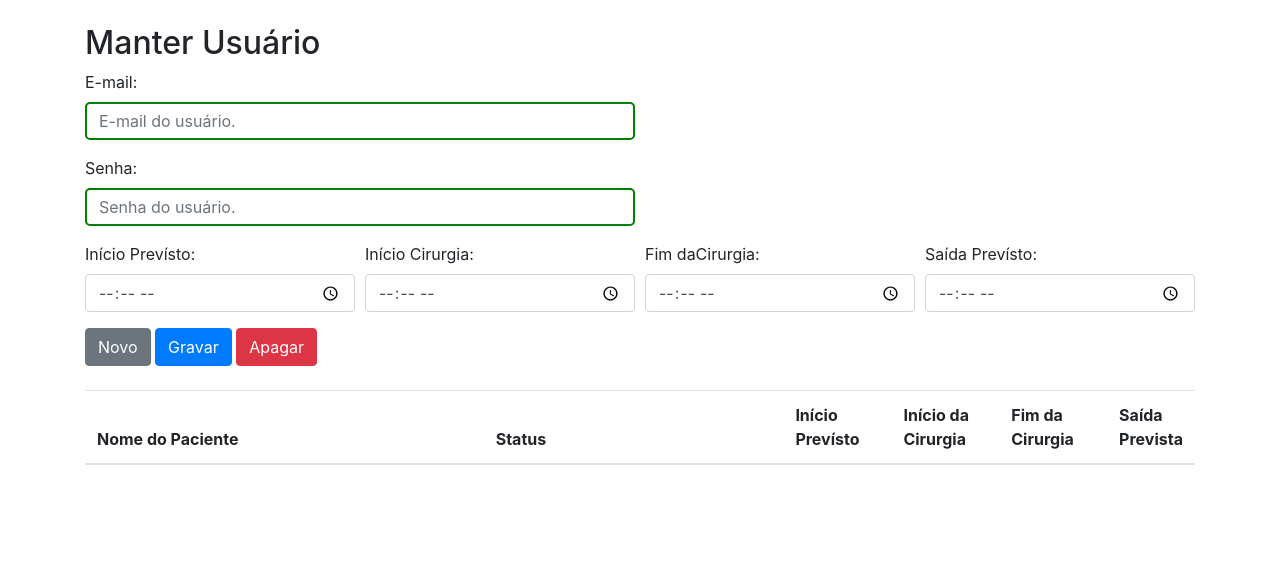
Repository: eduardo-r-jesus/Projeto_Centro_Cirurgico
Page: http://localhost/centro_cirurgico_web/formManterUsuario.jsp
These files come from the project's save history. The page is drawn as it stood at one moment and after the next save; the edit follows.
The browser window is 1280 px wide. The pictures show the whole page.
The page is served by Tomcat 9. Other server files are loaded and not shown.

Above is the page before, as saved 2021-09-07 00:32:22.

### centro_cirurgico_web/src/main/webapp/formManterUsuario.jsp
<%@ page language="java" contentType="text/html; charset=UTF-8"
	pageEncoding="UTF-8"%>
<!DOCTYPE html>
<html>
<head>
<meta charset="UTF-8">
<title>Gerenciar Painel Pacientes</title>
<meta name="viewport" content="width=device-width, initial-scale=1">
<link rel="stylesheet" href="css/bootstrap.min.css">
<link rel="stylesheet" href="css/estilo.css">
</head>
<body>
	<%@ include file="menu.jsp"%>
	<div class="container">
		<br>
		<h2>Manter Usuário</h2>
		<form name="form-usuario" id="form-usuario">
			<input type="hidden" id="id" name="id">
			<div class="form-row">
				<div class="form-group col-md-6">
					<label for="email">E-mail:</label> <input type="email"
						class="form-control" id="email" placeholder="E-mail do usuário."
						name="email">
				</div>
			</div>
			<div class="form-row">
				<div class="form-group col-md-6">
					<label for="senha">Senha:</label> <input type="password"
						class="form-control" id="senha" placeholder="Senha do usuário."
						name="senha">
				</div>

			</div>

			<div class="form-row">
				<div class="form-group  col-md-3">
					<label for="inicio-previsto">Início Prevísto:</label> <input
						type="time" class="form-control" id="inicio-previsto"
						name="inicio-previsto" size="20">
				</div>
				<div class="form-group  col-md-3">
					<label for="inicio-previsto">Início Cirurgia:</label> <input
						type="time" class="form-control" id="inicio-cirurgia"
						name="inicio-previsto" size="20">
				</div>
				<div class="form-group  col-md-3">
					<label for="inicio-previsto">Fim daCirurgia:</label> <input
						type="time" class="form-control" id="fim-cirurgia"
						name="inicio-previsto" size="20">
				</div>
				<div class="form-group  col-md-3">
					<label for="inicio-previsto">Saída Prevísto:</label> <input
						type="time" class="form-control" id="saida-previsto"
						name="inicio-previsto" size="20">
				</div>
			</div>
			<button type="button" class="btn btn-secondary" onclick="limpaForm()">Novo</button>
			<button type="button" class="btn btn-primary" onclick="gravar(this)">Gravar</button>
			<button type="button" class="btn btn-danger" onclick="apagar()">Apagar</button>
		</form>

		<br>
		<table class="table table-hover">
			<thead>
				<tr>
					<th width="40%">Nome do Paciente</th>
					<th width="30%">Status</th>
					<th width="10%">Início Prevísto</th>
					<th width="10%">Início da Cirurgia</th>
					<th width="10%">Fim da Cirurgia</th>
					<th width="10%">Saída Prevista</th>
				</tr>
			</thead>
			<tbody id="corpo-tabela" style="cursor: pointer;">

			</tbody>
		</table>

		<script type="text/javascript">
			var tabela = localStorage.getItem('corpo-tabela');
			document.getElementById("corpo-tabela").innerHTML = tabela;
		</script>

	</div>

</body>
</html>

### centro_cirurgico_web/src/main/webapp/menu.jsp
<%@page import="org.cc.model.Usuario"%>
<%@ page language="java" contentType="text/html; charset=UTF-8"
    pageEncoding="UTF-8"%>
<style>
#dadosUsuario{
	color: yellow;
	padding: 16px;
	display: block;
	text-align: center;
	text-decoration: none;
	float: right;
}
#dadosUsuario a{
	color: black;
	background-color:#fff;
	text-decoration: none;
	float: right;
	padding:2px;
	cursor: pointer;
    border-radius: 3px;
    font-size: 9px;
}
#dadosUsuario a:hover{
	background-color: black;
	color: yellow;

}

</style>

	<ul>

	   <%
        Usuario usuario = (Usuario) request.getSession().getAttribute("usuario");
    	boolean verLista = false;
    	if(usuario != null){
    		verLista = true;
    	%>
    	<span id="dadosUsuario"> <a href="loginservlet?acao=sair"><b>Logout</b></a></span>
    	<span id="dadosUsuario">Bem Vindo: <%=usuario.getEmail()%></span>
        <li><a href="index.jsp"><b>Home</b></a></li>
        <li><a href="#"><b>Manter Pessoa</b></a>

        <% if(usuario.getPerfil().equals("administrador")){ %>
        <li><a href="formManterUsuario.jsp"><b>Manter Usuário</b></a></li>
        <%}else{%>
        <li><a href="formManterUsuario.jsp"><b>Alterar Senha</b></a></li>
        <%}%>


      <%
    	}else{
    	%>
   		<li></li>
    	<%
    	}
    	%>
    </ul>

### centro_cirurgico_web/src/main/webapp/css/estilo.css

fieldset{
    width: 25%;
    height: 100%;
    margin: auto;
    border: 2px solid green;
    border-radius: 5px;
    margin-top: 40px;
}

legend{
   font-family: Helvetica, sans-serif;
   font-size: 16px;
   font-weight: bold;
}

.texto{
   margin-top: 20px;
   margin-bottom:10px;
   text-align: center;
   font-family: Helvetica, sans-serif;
   font-size: 16px;
   font-weight: bold;
}

input[type=email], input[type=password]{
    border: 2px solid green;
    border-radius: 5px;
}

input[type=email]:focus, input[type=password]:focus{
    background-color: #ffef01;
    border: 2px solid green;
}

.larguraTexto{
	height: 30px;
    display: block;
    width: 80%;
    margin: auto;
    margin-bottom: 10px;
}

.centro_img{
	width: 15em;
	text-align: center;
	border: solid 1px;
	color:yellow;
	margin: auto;
	margin-top: 30px;
}

.centro{
	text-align: center;
	margin-top: 30px;
}

.bt{
    border: 2px solid green;
    border-radius: 5px;
    background-color: green;
    color: #FFF;
    padding: 5px 10px;
    font-weight: bold;
    text-decoration: none;
    margin-top: 4px;
    margin-left: 5px;
}

.bt:hover{
    background-color: #FFF;
    color: green;
    cursor: pointer;
}

 ul{
    background-color: green;
    list-style-type: none;
    margin: 0;
    padding: 0;
    overflow: hidden;
}

li{
    float: left;
}

li a {
	display: inline-block;
    color:#FFF;
    padding: 16px;
    display: block;
    text-align: center;
    text-decoration: none;
}

li a:hover{
    background-color: yellow;
    color:green;
    text-decoration: none;
}

Loaded but not shown: centro_cirurgico_web/src/main/webapp/css/bootstrap.min.css (library)

After the next save:
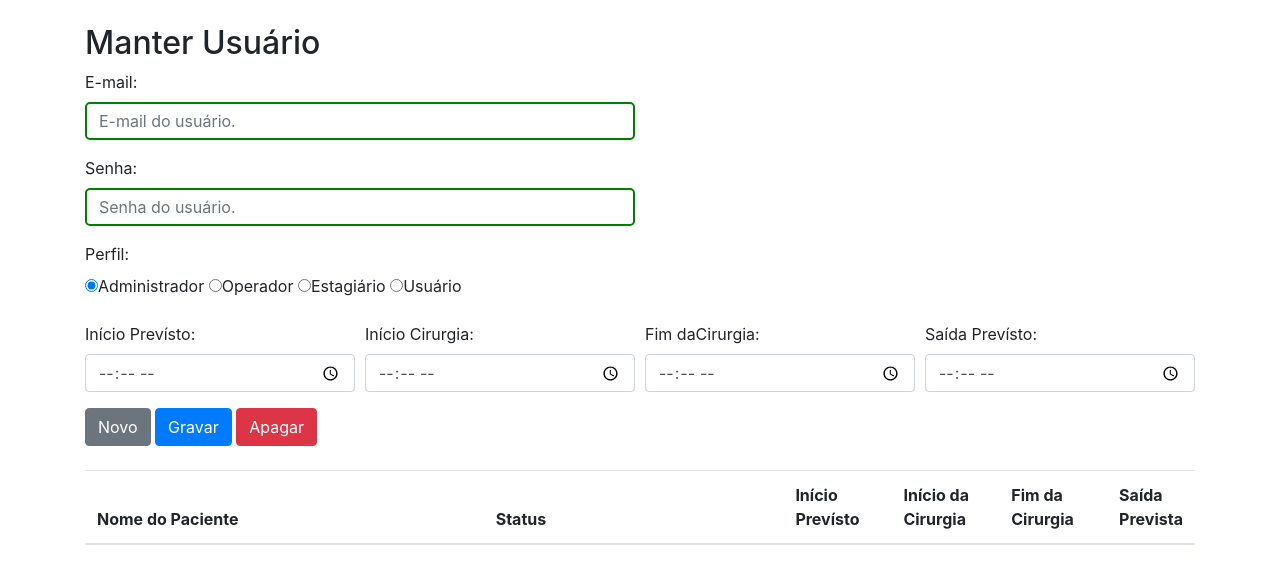
Saved 98 s later.
--- a/centro_cirurgico_web/src/main/webapp/formManterUsuario.jsp
+++ b/centro_cirurgico_web/src/main/webapp/formManterUsuario.jsp
@@ -29,7 +29,18 @@
 						class="form-control" id="senha" placeholder="Senha do usuário."
 						name="senha">
 				</div>
+			</div>
 
+			<div class="form-row">
+				<div class="form-group col-md-6">
+					<label for="Perfil">Perfil:</label>
+                <div class="bloco-inline">
+                    <input type="radio" id="administrador" name="perfil" value="administrador" checked="checked"><label for="adm">Administrador</label>
+                    <input type="radio" id="operador" name="perfil" value="operador"><label for="ope">Operador</label>
+                    <input type="radio" id="estagiario" name="perfil" value="estagiario"><label for="est">Estagiário</label>
+                    <input type="radio" id="usuario" name="perfil" value="usuario"><label for="usuario">Usuário</label>
+                </div>
+				</div>
 			</div>
 
 			<div class="form-row">
